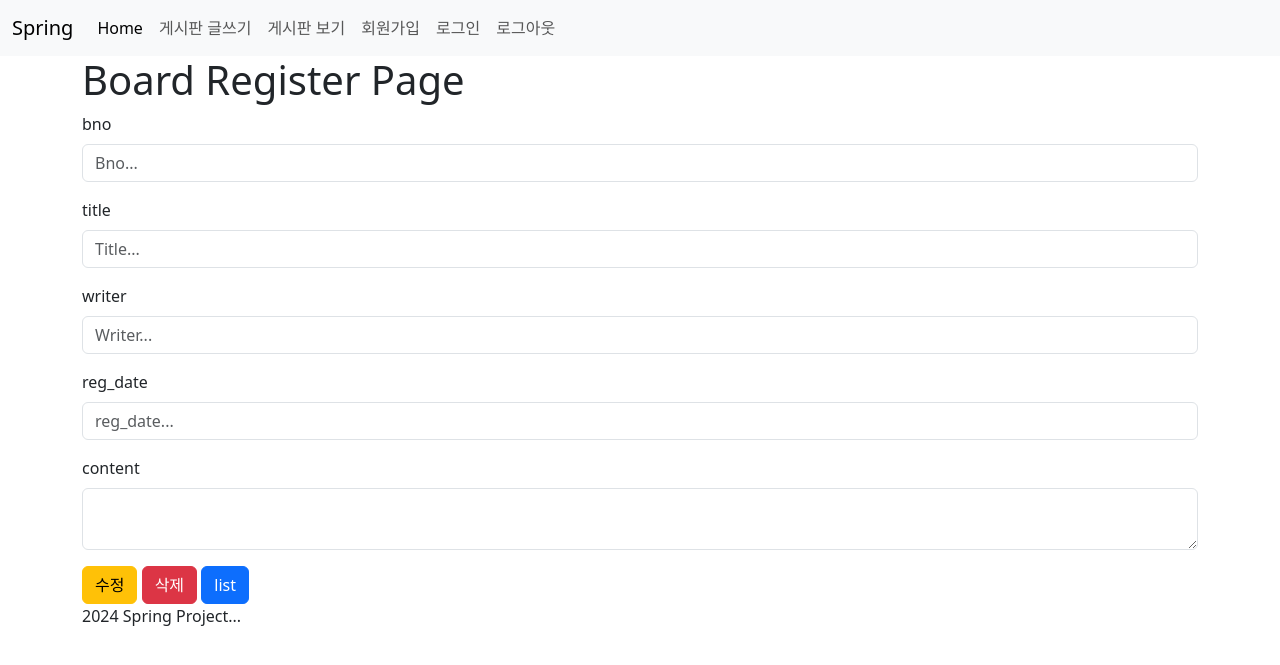
Repository: dhalfks/springTest240430
Page: http://localhost/spring_study/WEB-INF/views/board/modify.jsp
The author's editor kept a copy of each file at every save. The page is drawn from the files as they stood at one save, then again after the next save.
The browser window is 1280 px wide. The pictures show the whole page.
The page is served by Tomcat 9. Nobody is signed in. The template is opened directly, without the code that normally fills it, so the values that code supplies are empty.

Above is the page before, as saved 2024-04-24 05:57:40.

### spring_study/src/main/webapp/WEB-INF/views/board/modify.jsp
<%@ page language="java" contentType="text/html; charset=UTF-8"
    pageEncoding="UTF-8"%>
<jsp:include page="../layout/header.jsp" />
<div class="container-md">
<h1>Board Register Page</h1>
	<div class="mb-3">
	  <label for="n" class="form-label">bno</label>
	  <input type="text" class="form-control" name="bno" id="n" value="${bvo.bno }" readonly="readonly" placeholder="Bno...">
	</div>
	<div class="mb-3">
	  <label for="t" class="form-label">title</label>
	  <input type="text" class="form-control" name="title" id="t" value="${bvo.title }" readonly="readonly" placeholder="Title...">
	</div>
	<div class="mb-3">
	  <label for="w" class="form-label">writer</label>
	  <input type="text" class="form-control" name="writer" id="w" value="${bvo.writer }" readonly="readonly" placeholder="Writer...">
	</div>
	<div class="mb-3">
	  <label for="r" class="form-label">reg_date</label>
	  <input type="text" class="form-control" name="reg_date" id="r" value="${bvo.reg_date }" readonly="readonly" placeholder="reg_date...">
	</div>
	<div class="mb-3">
	  <label for="c" class="form-label">content</label>
	  <textarea class="form-control" id="c" name="content" aria-label="With textarea" readonly="readonly">${bvo.content }</textarea>
	</div>
	<a><button type="button" class="btn btn-warning">수정</button></a>
	<a><button type="button" class="btn btn-danger">삭제</button></a>
	<a><button type="button" class="btn btn-primary">list</button></a>

</div>

<jsp:include page="../layout/footer.jsp" />

### spring_study/src/main/webapp/WEB-INF/views/layout/header.jsp
<%@ page language="java" contentType="text/html; charset=UTF-8"
    pageEncoding="UTF-8"%>
<!DOCTYPE html>
<html>
<head>
<meta charset="UTF-8">
<title>header.jsp</title>
<link href="https://cdn.jsdelivr.net/npm/bootstrap@5.3.3/dist/css/bootstrap.min.css" rel="stylesheet" integrity="sha384-QWTKZyjpPEjISv5WaRU9OFeRpok6YctnYmDr5pNlyT2bRjXh0JMhjY6hW+ALEwIH" crossorigin="anonymous">
<script src="https://cdn.jsdelivr.net/npm/bootstrap@5.3.3/dist/js/bootstrap.bundle.min.js" integrity="sha384-YvpcrYf0tY3lHB60NNkmXc5s9fDVZLESaAA55NDzOxhy9GkcIdslK1eN7N6jIeHz" crossorigin="anonymous"></script>
</head>
<body>
<nav class="navbar navbar-expand-lg bg-body-tertiary">
  <div class="container-fluid">
    <a class="navbar-brand" href="#">Spring</a>
    <button class="navbar-toggler" type="button" data-bs-toggle="collapse" data-bs-target="#navbarSupportedContent" aria-controls="navbarSupportedContent" aria-expanded="false" aria-label="Toggle navigation">
      <span class="navbar-toggler-icon"></span>
    </button>
    <div class="collapse navbar-collapse" id="navbarSupportedContent">
      <ul class="navbar-nav me-auto mb-2 mb-lg-0">
        <li class="nav-item">
          <a class="nav-link active" aria-current="page" href="/">Home</a>
        </li>
        <li class="nav-item">
          <a class="nav-link" href="/board/register">게시판 글쓰기</a>
        </li>
        <li class="nav-item">
          <a class="nav-link" href="/board/list">게시판 보기</a>
        </li>
        <li class="nav-item">
          <a class="nav-link" href="#">회원가입</a>
        </li>
        <li class="nav-item">
          <a class="nav-link" href="#">로그인</a>
        </li>
        <li class="nav-item">
          <a class="nav-link" href="#">로그아웃</a>
        </li>
       </ul>
    </div>
  </div>
</nav>

### spring_study/src/main/webapp/WEB-INF/views/layout/footer.jsp
<%@ page language="java" contentType="text/html; charset=UTF-8"
    pageEncoding="UTF-8"%>

<div class="container-md">
 	2024 Spring Project...
</div>

</body>
</html>

After the next save:
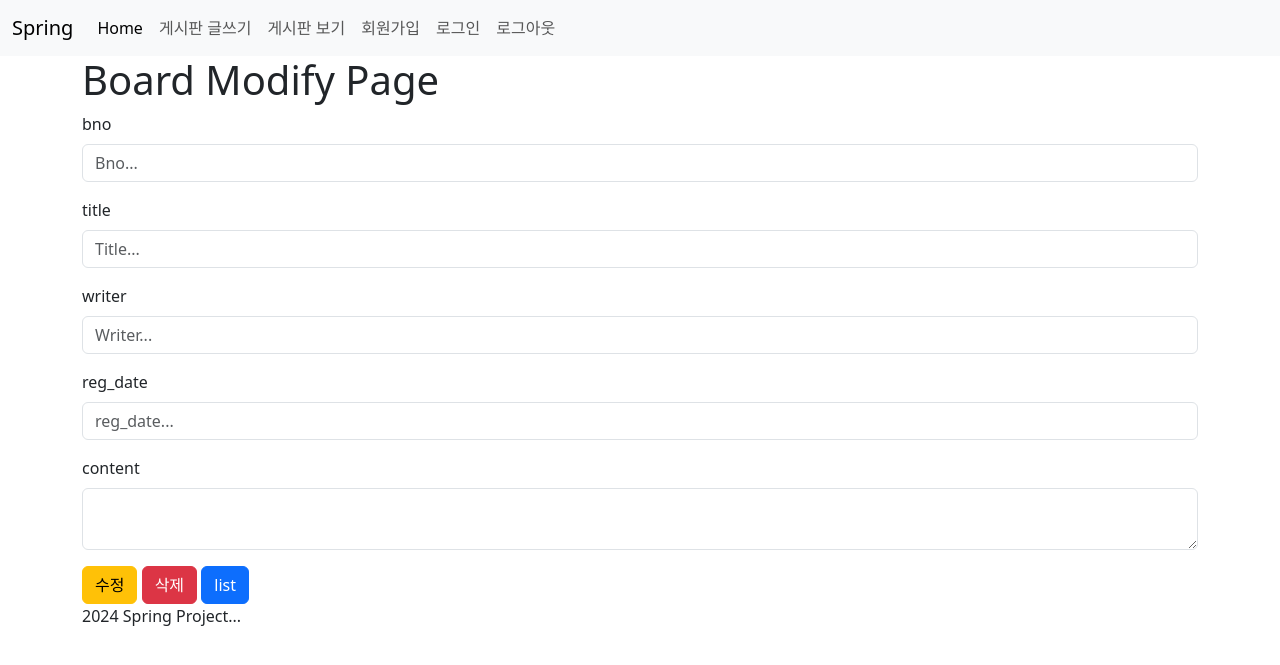
Saved 69 s later.
--- a/spring_study/src/main/webapp/WEB-INF/views/board/modify.jsp
+++ b/spring_study/src/main/webapp/WEB-INF/views/board/modify.jsp
@@ -2,7 +2,7 @@
     pageEncoding="UTF-8"%>
 <jsp:include page="../layout/header.jsp" />
 <div class="container-md">
-<h1>Board Register Page</h1>
+<h1>Board Modify Page</h1>
 	<div class="mb-3">
 	  <label for="n" class="form-label">bno</label>
 	  <input type="text" class="form-control" name="bno" id="n" value="${bvo.bno }" readonly="readonly" placeholder="Bno...">
